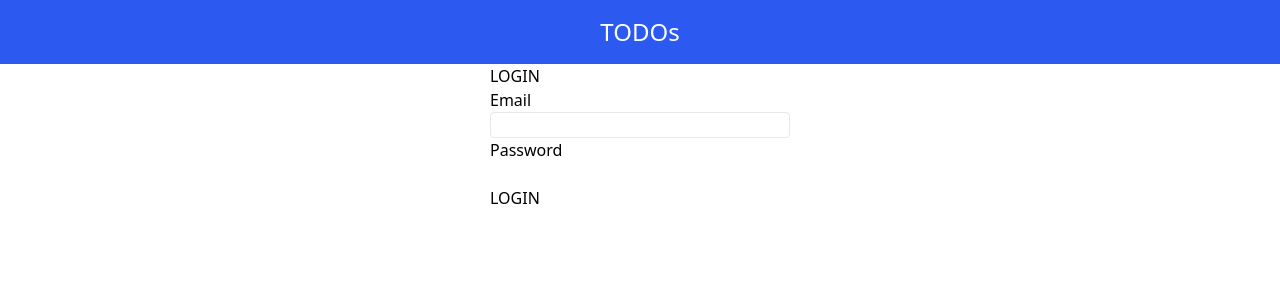
Repository: Jay-JYKim91/wanted-pre-onboarding-challenge-fe-1
Page: /auth
These files come from the project's save history. The page is drawn as it stood at one moment and after the next save; the edit follows.
The browser window is 1280 px wide. The pictures show the whole page.
The project was rebuilt for these pictures with package versions that can differ from the ones it lists, and the page was loaded fresh each time.

Above is the page before, as saved 2022-07-29 19:52:16.

### src/index.tsx
import React from "react"
import ReactDOM from "react-dom/client"
import "./index.css"
import App from "./App"
import { BrowserRouter } from "react-router-dom"

const root = ReactDOM.createRoot(document.getElementById("root") as HTMLElement)
root.render(
  <React.StrictMode>
    <BrowserRouter>
      <App />
    </BrowserRouter>
  </React.StrictMode>
)

### src/App.tsx
import React from "react"
import { Route, Routes } from "react-router-dom"
import Auth from "./page/Auth"

function App() {
  return (
    <div className="App">
      <header className="bg-primary-900 text-white text-center py-4 text-2xl">
        <span>TODOs</span>
      </header>
      <Routes>
        <Route path="/auth" element={<Auth />} />
      </Routes>
    </div>
  )
}

export default App

### src/page/Auth.tsx
import React from "react"

function Auth() {
  return (
    <div>
      <div className="max-w-[300px] m-auto">
        <h1>LOGIN</h1>
        <form>
          <div className="flex flex-col">
            <label htmlFor="emailForLogin">Email</label>
            <input type="email" id="emailForLogin" className="border rounded" />
          </div>
          <div className="flex flex-col">
            <label htmlFor="passwordForLogin">Password</label>
            <input type="password" id="passwordForLogin" />
          </div>
          <button type="button">LOGIN</button>
        </form>
      </div>
    </div>
  )
}

export default Auth

### tailwind.config.js
/** @type {import('tailwindcss').Config} */
module.exports = {
  content: [
    "./src/**/*.{js,jsx,ts,tsx}",
  ],
  theme: {
    extend: {
      colors: {
        'primary': {
          100: '#47dfbc',
          500: '#428afe',
          900: '#2c5af1',
        }
      },
    },
  },
  plugins: [],
}

Loaded but not shown: public/index.html (common file); src/index.css (common file)

After the next save:
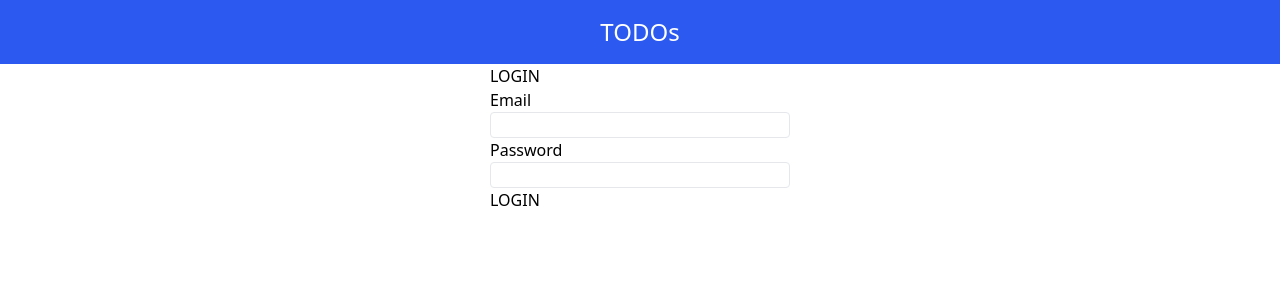
Saved 44 s later.
--- a/src/page/Auth.tsx
+++ b/src/page/Auth.tsx
@@ -12,7 +12,11 @@ function Auth() {
           </div>
           <div className="flex flex-col">
             <label htmlFor="passwordForLogin">Password</label>
-            <input type="password" id="passwordForLogin" />
+            <input
+              type="password"
+              id="passwordForLogin"
+              className="border rounded"
+            />
           </div>
           <button type="button">LOGIN</button>
         </form>
